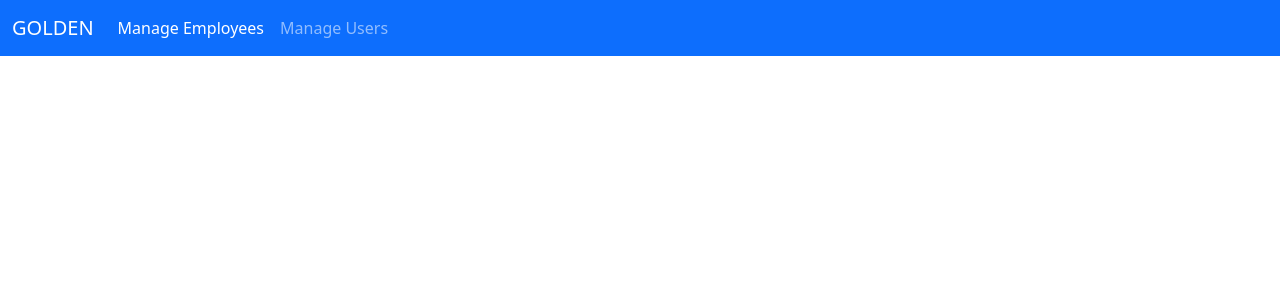
Repository: owuraku/DBC28.1
Page: http://localhost/employees
The author's editor kept a copy of each file at every save. The page is drawn from the files as they stood at one save, then again after the next save.
The browser window is 1280 px wide. The pictures show the whole page.
The page is served by the project's Laravel application, run on PHP 8.4 with Laravel 10.

Above is the page before, as saved 2023-05-22 10:20:20.

After the next save:
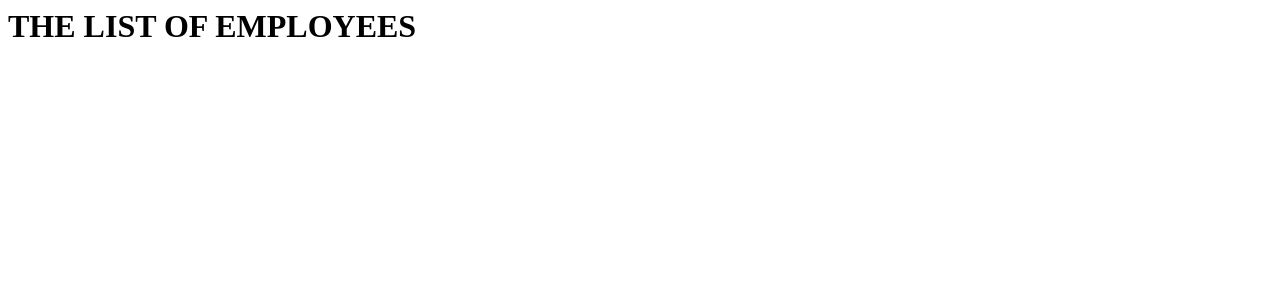
Saved 62 s later.
--- a/app/Http/Controllers/EmployeeController.php
+++ b/app/Http/Controllers/EmployeeController.php
@@ -11,11 +11,7 @@ class EmployeeController extends Controller
      */
     public function index()
     {
-        // return view('myFirstView')
-        // ->with('fullname', 'Kofi Mensah')
-        // ->with('age', 15);
-
-         return view('layout.master', [
+         return view('employees.list', [
             "fullname" => "Kofi Mensah",
             "age" => 15,
             "isRegistered" => false
